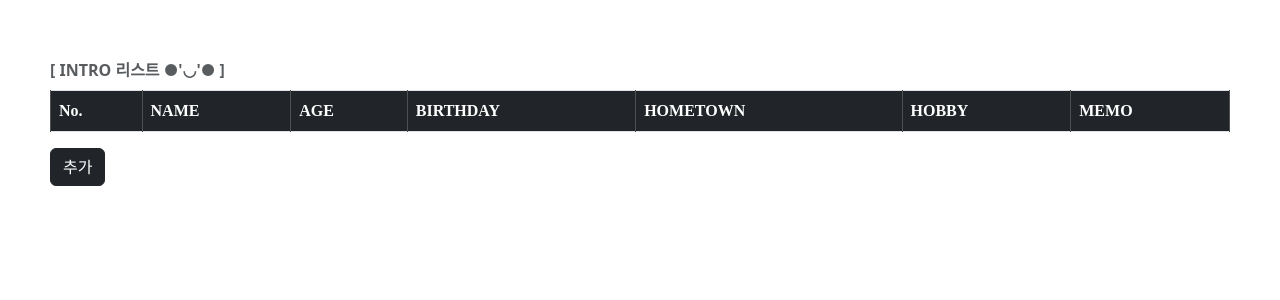
Repository: jini8293/Sist_04
Page: http://localhost/jspProject/intro/introList.jsp
The author's editor kept a copy of each file at every save. The page is drawn from the files as they stood at one save, then again after the next save.
The browser window is 1280 px wide. The pictures show the whole page.
Some web fonts or font styles are not loaded; a fallback is used. The page is served by Tomcat 9. Other server files are loaded and not shown. Queries for data that is not in the repository find no rows.

Above is the page before, as saved 2024-03-07 00:33:30.

### jspwork/jspProject/src/main/webapp/intro/introList.jsp
<%@page import="intro.model.IntroDto"%>
<%@page import="java.util.Vector"%>
<%@page import="intro.model.IntroDao"%>
<%@page import="java.util.ArrayList"%>
<%@ page language="java" contentType="text/html; charset=UTF-8"
	pageEncoding="UTF-8"%>
<!DOCTYPE html>
<html>
<head>
<meta charset="UTF-8">
<link
	href="https://fonts.googleapis.com/css2?family=Black+Han+Sans&family=Gowun+Dodum&family=IBM+Plex+Sans+KR&display=swap"
	rel="stylesheet">
<link
	href="https://cdn.jsdelivr.net/npm/bootstrap@5.3.2/dist/css/bootstrap.min.css"
	rel="stylesheet">
<script src="https://code.jquery.com/jquery-3.7.0.js"></script>
<title>Insert title here</title>
</head>
<%
IntroDao dao = new IntroDao();
Vector<IntroDto> intro = dao.listIntro();
%>
<body>

	<div style="margin: 50px 50px">
		<table class="table table-bordered">
			<caption align="top">
				<b>[ INTRO 리스트 ●'◡'● ]</b>
			</caption>
			<tr>

				<th style="font-family: IBM Plex Sans KR;" class="table-dark">No.</th>
				<th style="font-family: IBM Plex Sans KR" class="table-dark">NAME</th>
				<th style="font-family: IBM Plex Sans KR" class="table-dark">AGE</th>
				<th style="font-family: IBM Plex Sans KR" class="table-dark">BIRTHDAY</th>
				<th style="font-family: IBM Plex Sans KR" class="table-dark">HOMETOWN</th>
				<th style="font-family: IBM Plex Sans KR" class="table-dark">HOBBY</th>
				<th style="font-family: IBM Plex Sans KR" class="table-dark">MEMO</th>

			</tr>
			<%
			for (int i = 0; i < intro.size(); i++) {
				IntroDto dto = intro.get(i);

			%>

			<tr>
				<td align="center"><%=i+1%></td>
				<td align="center"><%=dto.getName()%></td>
				<td align="center"><%=dto.getAge()%></td>
				<td align="center"><%=dto.getBirthday()%></td>
				<td align="center"><%=dto.getHometown()%></td>
				<td align="center"><%=dto.getHobby()%></td>
				<td align="center"><%=dto.getMemo()%></td>
				<td><button type="button" class="btn btn-success btn-sm"
						onclick="location.href='updateForm.jsp?num=<%=dto.getNum()%>'">수정</button>
				</td>
			</tr>
			<%
			}
			%>

		</table>
		<button type="button" class="btn btn-dark"
			onclick="location.href='addForm.jsp'">추가</button>

	</div>
</body>
</html>

### jspwork/jspProject/src/main/java/intro/model/IntroDao.java
package intro.model;

import java.sql.Connection;
import java.sql.PreparedStatement;
import java.sql.ResultSet;
import java.sql.SQLException;
import java.util.ArrayList;
import java.util.List;
import java.util.Vector;

import mysql.db.DbConnect;
import team.model.TeamDto;

public class IntroDao {
	DbConnect db = new DbConnect();

	public void insertIntro(IntroDto dto) {

		Connection conn = db.getConnection();
		PreparedStatement pstmt = null;

		String sql = "insert into intro (name,age,birthday,hometown,hobby,memo) values(?,?,?,?,?,?)";

		try {
			pstmt = conn.prepareStatement(sql);

			pstmt.setString(1, dto.getName());
			pstmt.setString(2, dto.getAge());
			pstmt.setString(3, dto.getBirthday());
			pstmt.setString(4, dto.getHometown());
			pstmt.setString(5, dto.getHobby());
			pstmt.setString(6, dto.getMemo());

			// 실행
			pstmt.execute();

		} catch (SQLException e) {
			// TODO Auto-generated catch block
			e.printStackTrace();
		} finally {
			db.dbClose(pstmt, conn);
		}

	}

	public List<IntroDto> getData(){
		List<IntroDto> list = new Vector<IntroDto>();

		Connection conn = db.getConnection();
		PreparedStatement pstmt = null;
		ResultSet rs = null;

		String sql = "select * from intro order by num";

		try {
			pstmt = conn.prepareStatement(sql);
			rs = pstmt.executeQuery();

			while(rs.next()) {
				IntroDto dto = new IntroDto();

				dto.setNum(rs.getString("num"));
				dto.setName(rs.getString("name"));
				dto.setAge(rs.getString("age"));
				dto.setBirthday(rs.getString("birthday"));
				dto.setHometown(rs.getString("hometown"));
				dto.setMemo(rs.getString("memo"));

			}
		} catch (SQLException e) {
			// TODO Auto-generated catch block
			e.printStackTrace();
		}finally {
			db.dbClose(rs, pstmt, conn);
		}
		return list;
	}

	public Vector<IntroDto> listIntro() {
		Vector<IntroDto> intro = new Vector<IntroDto>();

		Connection conn = db.getConnection();
		PreparedStatement pstmt = null;
		ResultSet rs = null;

		String sql = "select * from intro order by num";

		try {
			pstmt = conn.prepareStatement(sql);
			rs = pstmt.executeQuery();

			while (rs.next()) {
				IntroDto dto = new IntroDto();

				dto.setNum(rs.getString("num"));
				dto.setName(rs.getString("name"));
				dto.setAge(rs.getString("age"));
				dto.setBirthday(rs.getString("birthday"));
				dto.setHometown(rs.getString("hometown"));
				dto.setHobby(rs.getString("hobby"));
				dto.setMemo(rs.getString("memo"));

				intro.add(dto);

			}
		} catch (SQLException e) {
			// TODO Auto-generated catch block
			e.printStackTrace();
		} finally {
			db.dbClose(rs, pstmt, conn);
		}

		return intro;

	}

}

### jspwork/jspProject/src/main/java/mysql/db/DbConnect.java
package mysql.db;

import java.sql.Connection;
import java.sql.DriverManager;
import java.sql.PreparedStatement;
import java.sql.ResultSet;
import java.sql.SQLException;
import java.sql.Statement;

public class DbConnect {

	static final String MYSQLDRIVER="com.mysql.cj.jdbc.Driver";
	static final String MYSQL_URL="jdbc:mysql://localhost:3306/kje";

	public DbConnect() {
		try {
			Class.forName(MYSQLDRIVER);
			System.out.println("mysql 드라이버성공");
		} catch (ClassNotFoundException e) {
			// TODO Auto-generated catch block
			//e.printStackTrace();
			System.out.println("mysql 드라이버 실패"+e.getMessage());
		}
	}


	public Connection getConnection()
	{
		Connection conn=null;

		try {
			conn=DriverManager.getConnection(MYSQL_URL, "angel", "a1234");
			System.out.println("MYSQL계정연결성공");
		} catch (SQLException e) {
			// TODO Auto-generated catch block
			e.printStackTrace();
			System.out.println("MYSQL연결실패: "+e.getMessage());
		}


		return conn;
	}

	//close 총 4개 오버로딩
	public void dbClose(ResultSet rs,Statement stmt,Connection conn)
	{

			try {
				if(rs!=null) rs.close();
				if(stmt!=null) stmt.close();
				if(conn!=null) conn.close();
			} catch (SQLException e) {
				// TODO Auto-generated catch block
				e.printStackTrace();
			}
	}

	public void dbClose(Statement stmt,Connection conn)
	{

			try {

				if(stmt!=null) stmt.close();
				if(conn!=null) conn.close();
			} catch (SQLException e) {
				// TODO Auto-generated catch block
				e.printStackTrace();
			}
	}

	public void dbClose(ResultSet rs,PreparedStatement pstmt,Connection conn)
	{

			try {
				if(rs!=null) rs.close();
				if(pstmt!=null) pstmt.close();
				if(conn!=null) conn.close();
			} catch (SQLException e) {
				// TODO Auto-generated catch block
				e.printStackTrace();
			}
	}

	public void dbClose(PreparedStatement pstmt,Connection conn)
	{

			try {

				if(pstmt!=null) pstmt.close();
				if(conn!=null) conn.close();
			} catch (SQLException e) {
				// TODO Auto-generated catch block
				e.printStackTrace();
			}
	}




//	public static void main(String[] args) {
//		DbConnect db = new DbConnect();
//	}
//

}

After the next save:
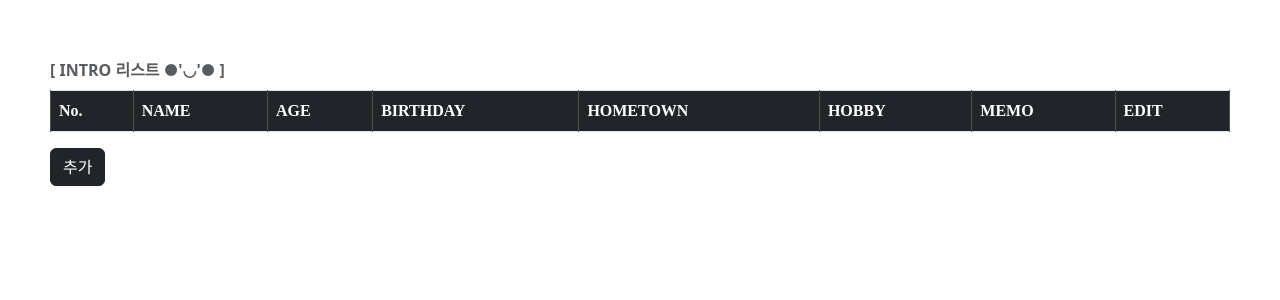
Saved 63 s later.
--- a/jspwork/jspProject/src/main/webapp/intro/introList.jsp
+++ b/jspwork/jspProject/src/main/webapp/intro/introList.jsp
@@ -37,6 +37,7 @@
 				<th style="font-family: IBM Plex Sans KR" class="table-dark">HOMETOWN</th>
 				<th style="font-family: IBM Plex Sans KR" class="table-dark">HOBBY</th>
 				<th style="font-family: IBM Plex Sans KR" class="table-dark">MEMO</th>
+				<th style="font-family: IBM Plex Sans KR" class="table-dark">EDIT</th>
 
 			</tr>
 			<%
